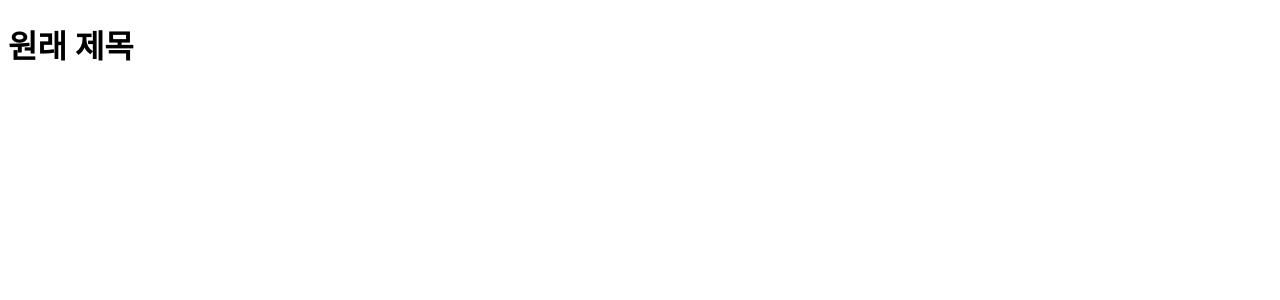
Repository: Dalso13/workspace
Page: workspace_web/chapter03_javascript/WebContent/10_Event/Ex03_이벤트_객체.html
The author's editor kept a copy of each file at every save. The page is drawn from the files as they stood at one save, then again after the next save.
The browser window is 1280 px wide. The pictures show the whole page.
After loading, the first visible `#heading` was clicked once.

Above is the page before, as saved 2023-05-16 01:18:00.

After the next save:
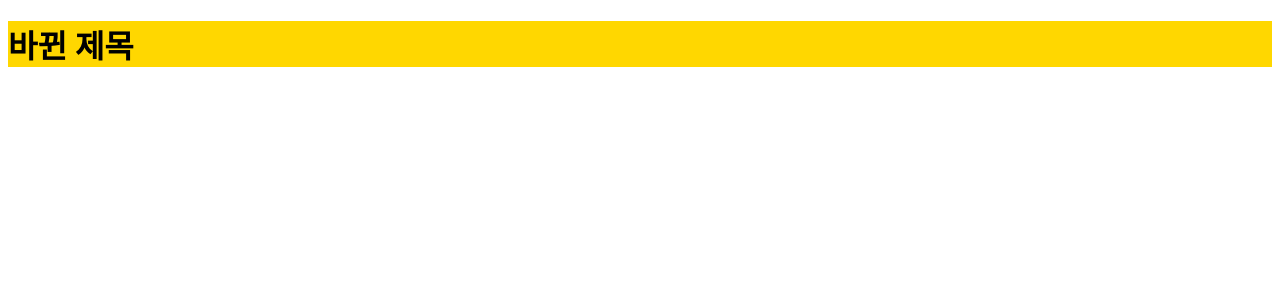
Saved 3 min 11 s later.
--- a/workspace_web/chapter03_javascript/WebContent/10_Event/Ex03_이벤트_객체.html
+++ b/workspace_web/chapter03_javascript/WebContent/10_Event/Ex03_이벤트_객체.html
@@ -7,11 +7,17 @@
 	onload = function() {
 		let h = document.querySelector("#heading");
 
-		h.onclick = change;
+		h.onclick = change;	// 이벤트 연결
 
 	}
+
+	// 이벤트 리스너
 	function change() {
 		console.log(this);
+		// 이벤트 리스너가 등록된 객체 : 이벤트 객체
+		// 리스너 내에서는 "this == 이벤트 객체" (change > h > this)
+		this.innerHTML = "바뀐 제목";
+		this.style.backgroundColor = "gold";
 	}
 </script>
 </head>
